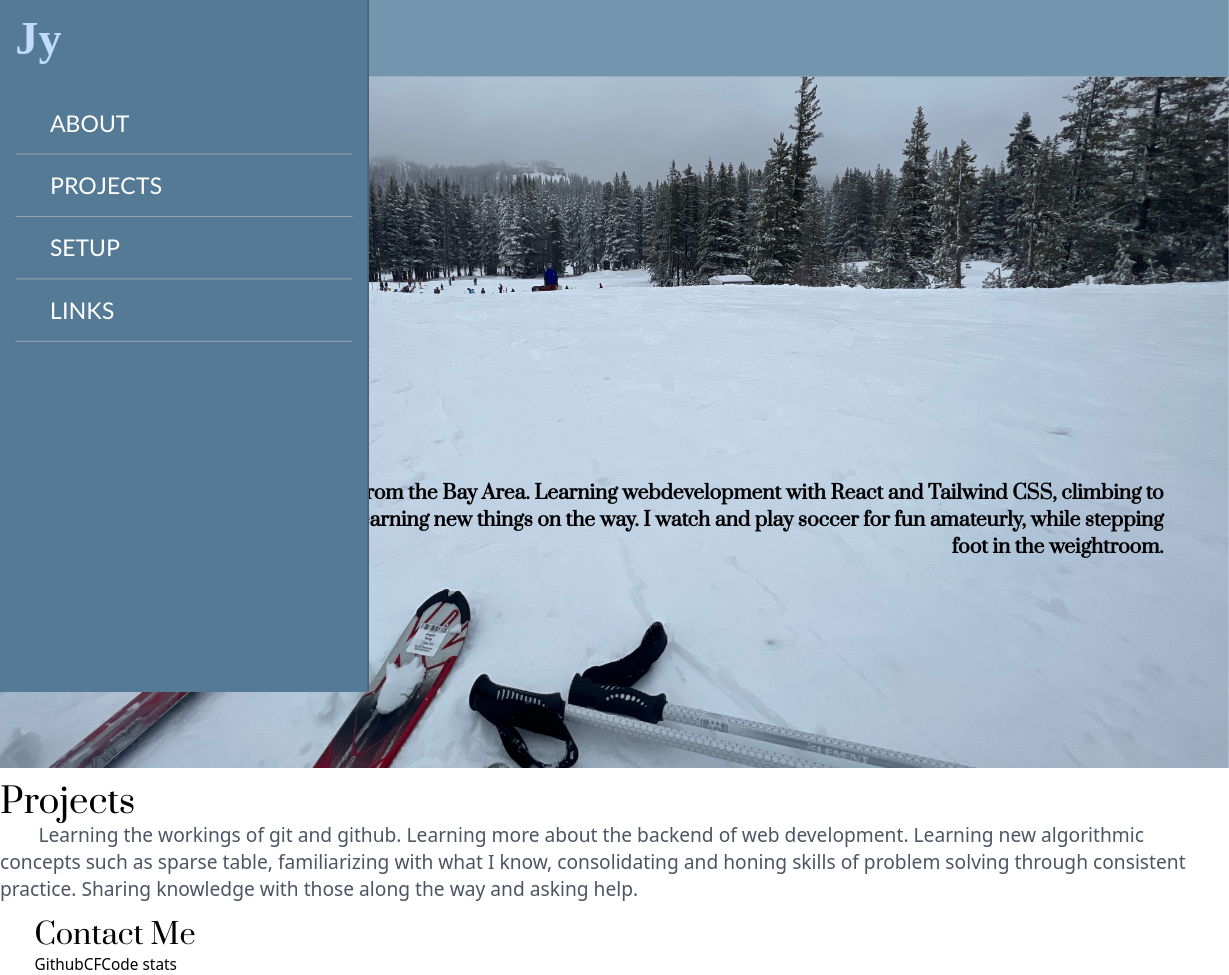
Repository: joshuayanggithub/joshua-yang-website
Page: /
The author's editor kept a copy of each file at every save. The page is drawn from the files as they stood at one save, then again after the next save.
The browser window is 1280 px wide. The pictures show the whole page, at 96% of full size.
Some web fonts or font styles are not loaded; a fallback is used. The project was rebuilt for these pictures with package versions that can differ from the ones it lists, and the page was loaded fresh each time.

Above is the page before, as saved 2023-01-08 02:21:40.

After the next save:
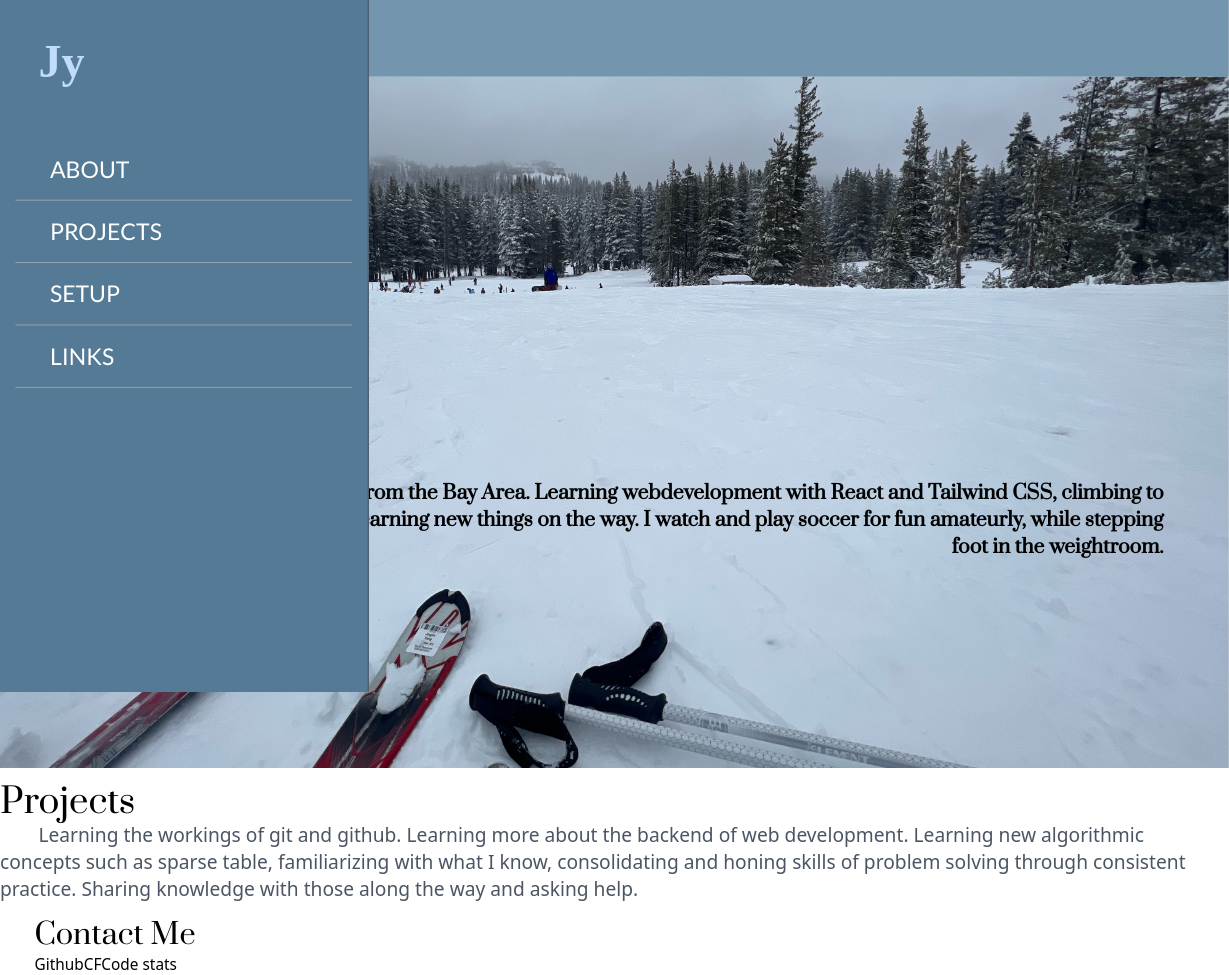
Saved 10 s later.
--- a/src/components/NavBar.jsx
+++ b/src/components/NavBar.jsx
@@ -30,7 +30,7 @@ const NavBar = () => {
       </div>
 
       <div class="fixed left-0 top-0 w-[30%] h-full border-r border-r-gray-600 bg-sasnavyblue">
-        <h1 class="font-cursive text-5xl font-bold text-blue-200 m-4">Jy</h1>
+        <h1 class="font-cursive text-5xl font-bold text-blue-200 m-10">Jy</h1>
         <ul class="p-4">
             {
               links.map((link) =>
